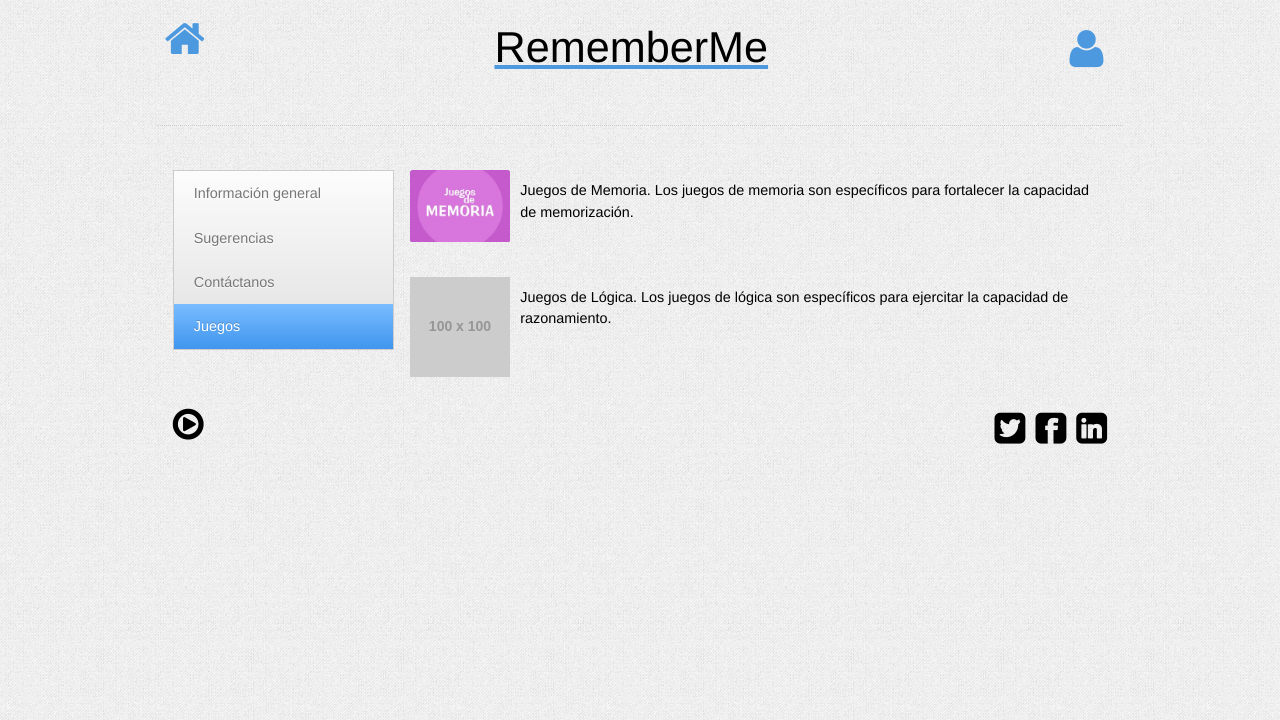
Repository: SCeruso/RememberMe
Page: contenidojuegos.html
The author's editor kept a record of every edit. The page is drawn from the files as they stood at one moment, then again after the next edit.
The browser window is 1280 px wide. The pictures show the whole page.
Some web libraries are served in a nearby version.

Above is the page before.

After the next edit:
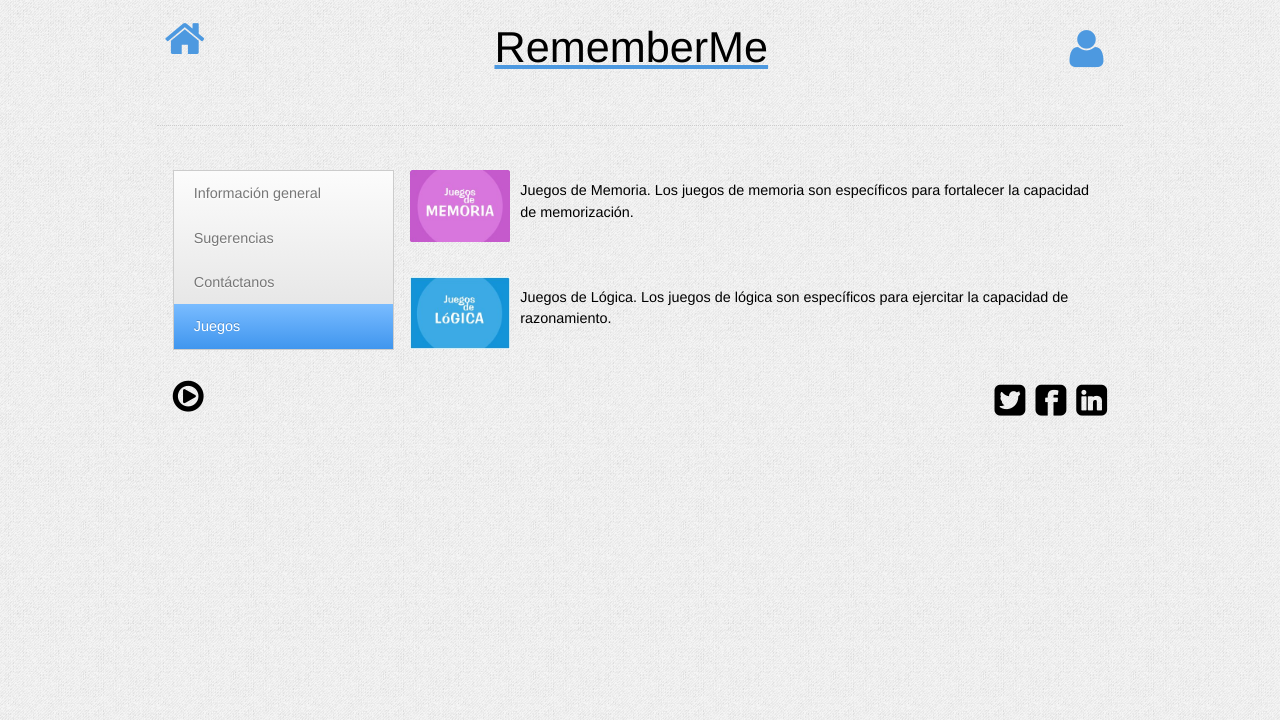
The edit:
--- a/contenidojuegos.html
+++ b/contenidojuegos.html
@@ -47,7 +47,7 @@
 	Los juegos de memoria son específicos para fortalecer la capacidad de memorización.
 	</p>
 	<br></br>
-	<img class="align-left" src="http://placehold.it/100x100/4D99E0/ffffff.png&text=100x100" width="100" height="100" />
+	<img class="align-left" src="logica.jpg" width="100" height="100" />
 	<p>Juegos de Lógica.
 	Los juegos de lógica son específicos para ejercitar la capacidad de razonamiento.
 	</p>
